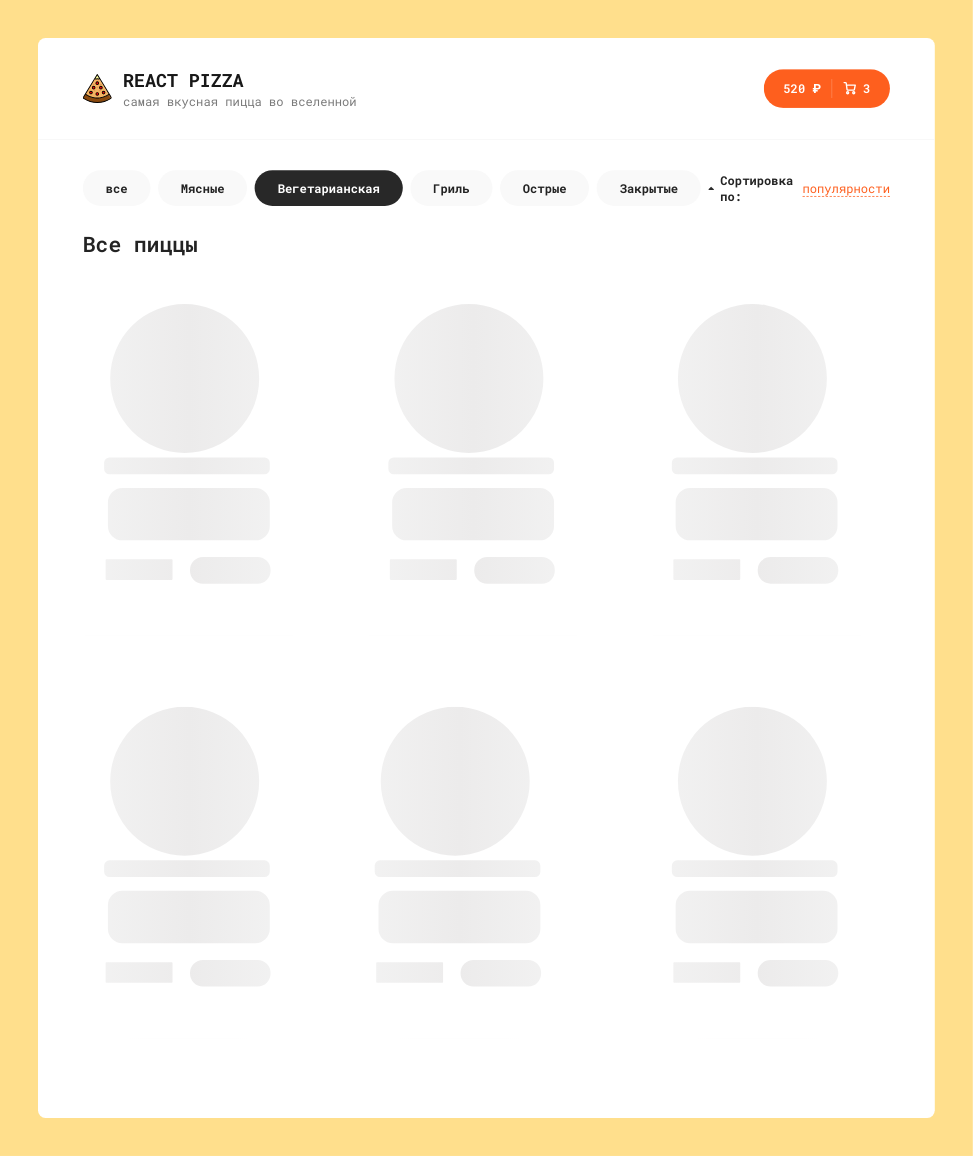
Repository: TI-IT/react-pizza2
Page: /
The author's editor kept a copy of each file at every save. The page is drawn from the files as they stood at one save, then again after the next save.
The browser window is 1280 px wide. The pictures show the whole page, at 76% of full size.
The page's requests for data from a server got no answer. The project was rebuilt for these pictures with package versions that can differ from the ones it lists, and the page was loaded fresh each time. No one was signed in, and anything a server would have sent is missing. Also part of the build but not shown: src/components/PizzaBlock.jsx.

Above is the page before, as saved 2022-10-09 16:58:34.

After the next save:
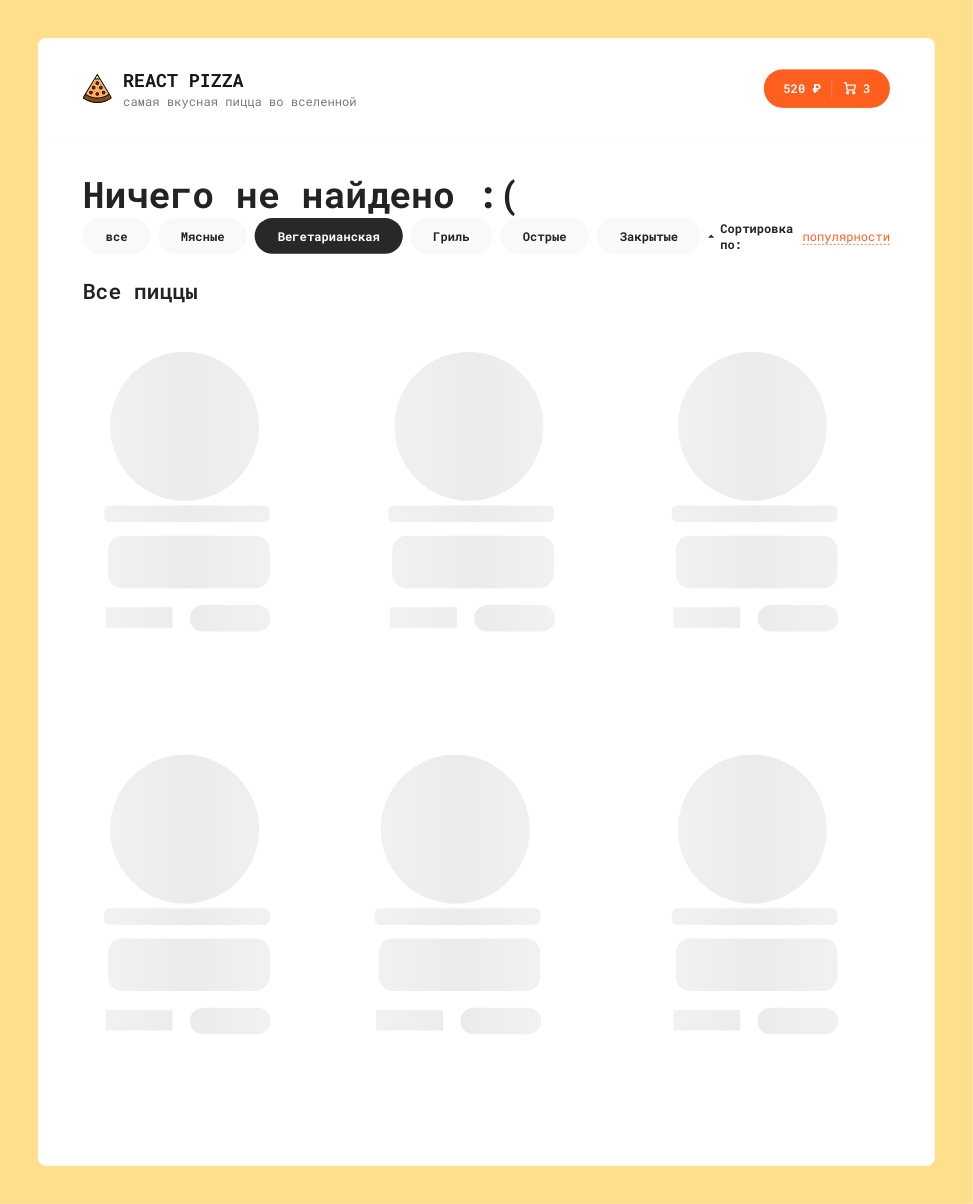
Saved 18 s later.
--- a/src/App.js
+++ b/src/App.js
@@ -10,6 +10,7 @@ function App() {
       <Header />
       <div className="content">
         <div className="container">
+          <NotFound />
           <Home />
         </div>
       </div>
